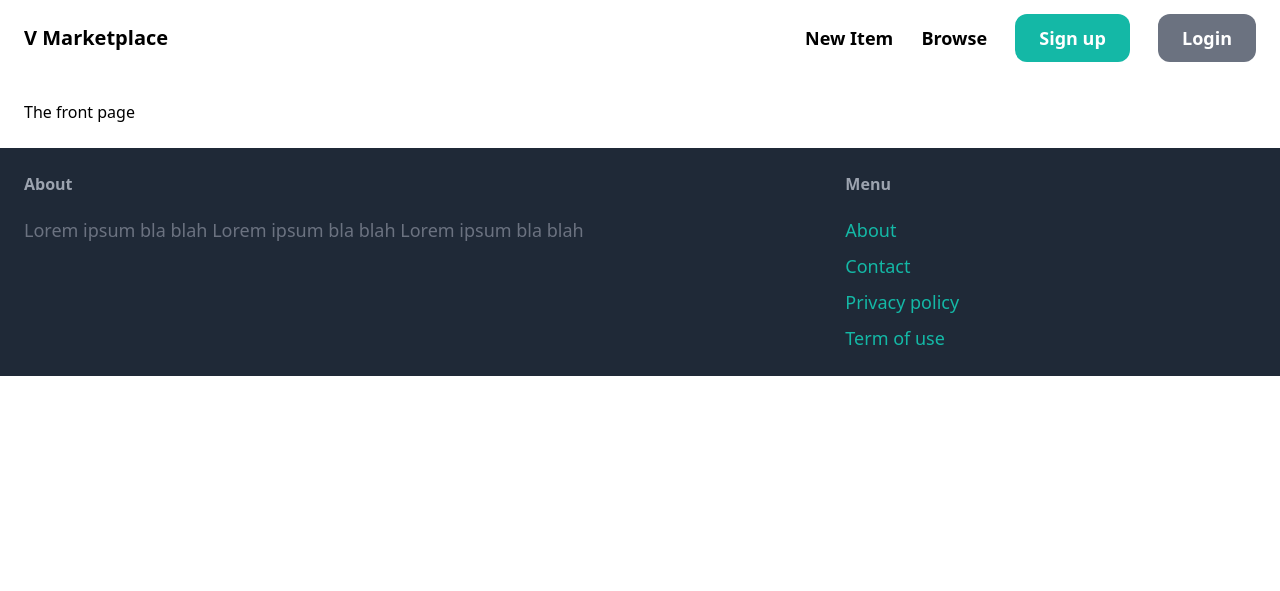
Repository: venu-369/marketplace_django
Page: marketplace/core/templates/core/index.html
The author's editor kept a copy of each file at every save. The page is drawn from the files as they stood at one save, then again after the next save.
The browser window is 1280 px wide. The pictures show the whole page.
Some web libraries are served in a nearby version. The template is drawn by Django 4.2. The application's start-up code is not run. The template is opened directly, without the code that normally fills it, so the values that code supplies are empty.

Above is the page before, as saved 2023-02-06 15:13:50.

After the next save:
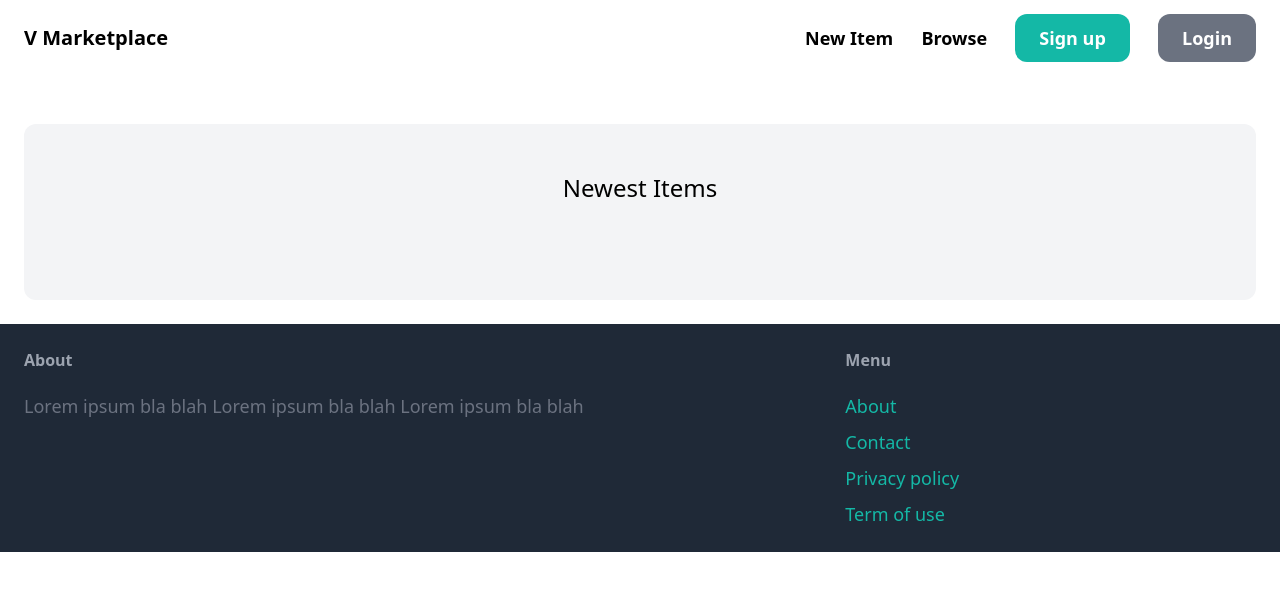
Saved 48 s later.
--- a/marketplace/core/templates/core/index.html
+++ b/marketplace/core/templates/core/index.html
@@ -4,5 +4,7 @@
 {% block title %}Welcome{% endblock %}
 
 {% block content %}
-    <h1>The front page</h1>
+    <div class="mt-6 px-6 py-12 bg-gray-100 rounded-xl">
+        <h2 class="mb-12 text-2xl text-center">Newest Items</h2>
+    </div>
 {% endblock %}
